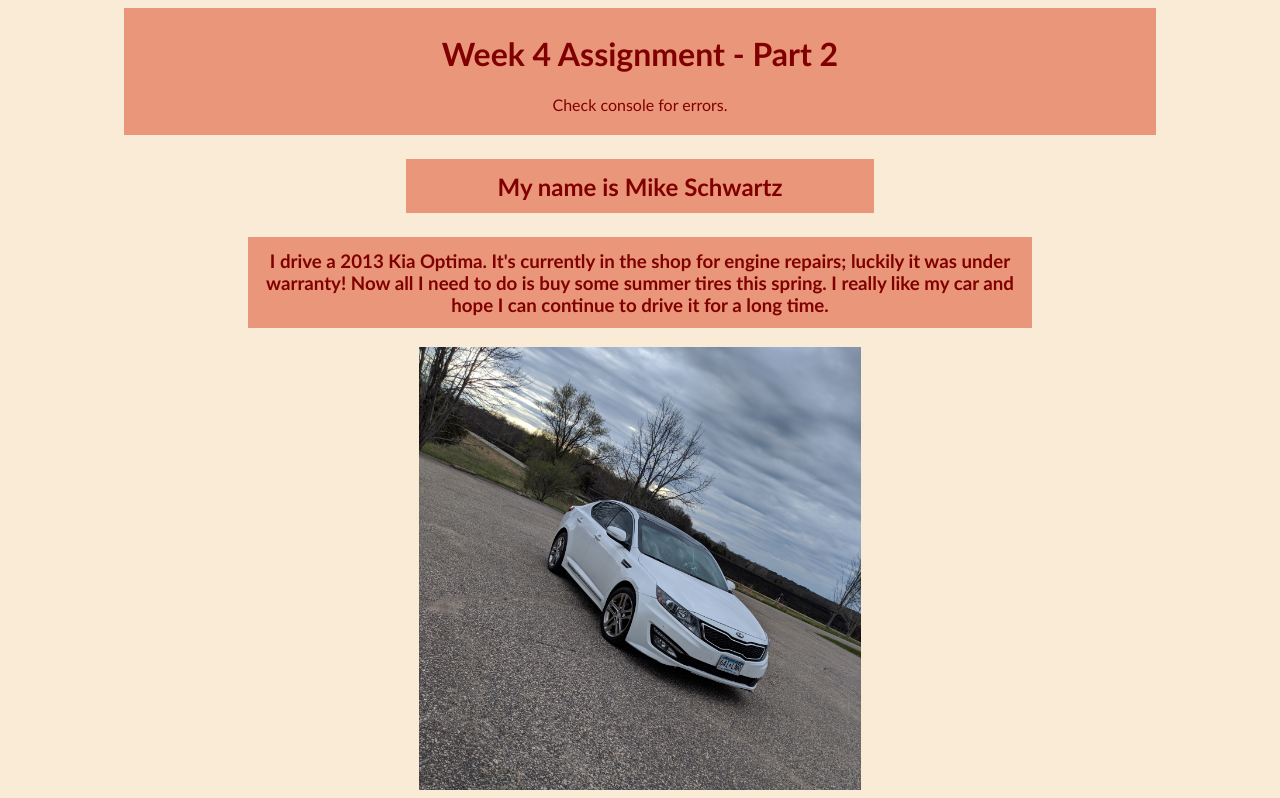
Repository: Ellusionism/prime-pw-week-4-assignment-part-2
Page: assignment/index.html
These files come from the project's save history. The page is drawn as it stood at one moment and after a run of saves; the edit follows.
The browser window is 1280 px wide. The pictures show the whole page.

Above is the page before, as saved 2022-11-16 18:23:22.

### assignment/index.html
<!DOCTYPE html>
<meta name="viewport" content="width=device-width">
<html lang="en-US">
  <head>
    <meta charset="utf-8">
    <title>Week 4 Assignment</title>
    <link rel="stylesheet" href="stylesheet.css">
  </head>

  <body>
    <header class="homepageHeader">
      <h1>Week 4 Assignment - Part 2</h1>
      <p>Check console for errors.</p>
  </header>

  <div>
    <h2 class="info nameInfo"> My name is Mike Schwartz </h2>
  </div>

  <h3 class="info carInfo">I drive a 2013 Kia Optima. It's currently in the shop for engine repairs; luckily it was under warranty! Now all I need to do is buy some summer tires this spring. I really like my car and hope I can continue to drive it for a long time.</h3>

  <img class="carpic" src="carpic.jpeg" alt="White 2013 Kia Optima" />
  </body>
</html>

### assignment/stylesheet.css
body {
 font-family:'Trebuchet MS', 'Lucida Sans Unicode', 'Lucida Grande', 'Lucida Sans', Arial, sans-serif;
 background-color:antiquewhite;
}

.carpic {
 width: 35%;
 display: block;
 margin: auto;
}

.homepageHeader {
 background-color:darksalmon;
 text-align: center;
 width: 80%;
 display: block;
 margin: auto;
 padding: 5px 10px;
 color: maroon;
}

.info {
 background-color:darksalmon;
 text-align: center;
 padding: 1%;
 display: block;
 margin: 1em auto;
 color: maroon;
}

.nameInfo {
 width: 35%;
}

.carInfo {
 width: 60%;
}

After the next 4 saves:
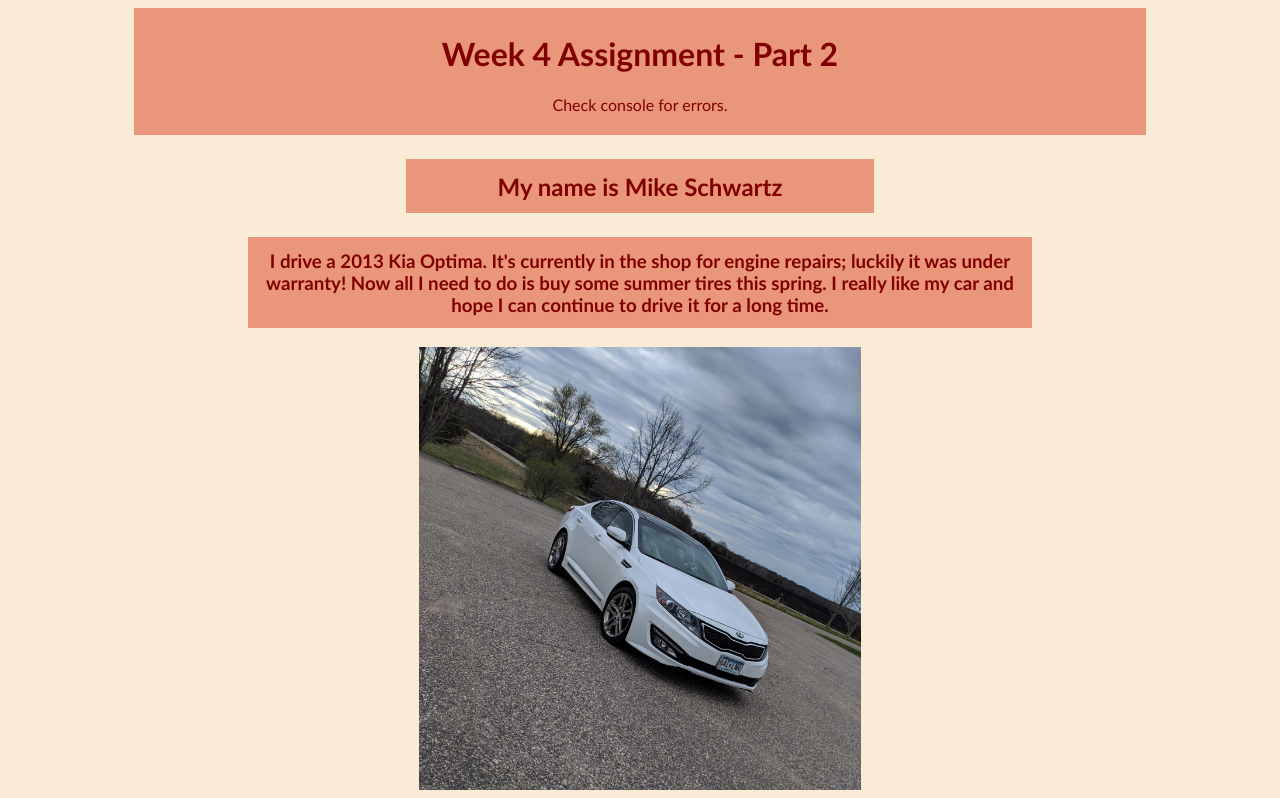
The 4 saves are shown as one change because they came seconds apart.
The last was saved 17 s later.
--- a/assignment/stylesheet.css
+++ b/assignment/stylesheet.css
@@ -15,7 +15,7 @@
  width: 80%;
  display: block;
  margin: auto;
- padding: 5px 10px;
+ padding:  5px 0;
  color: maroon;
 }
 
